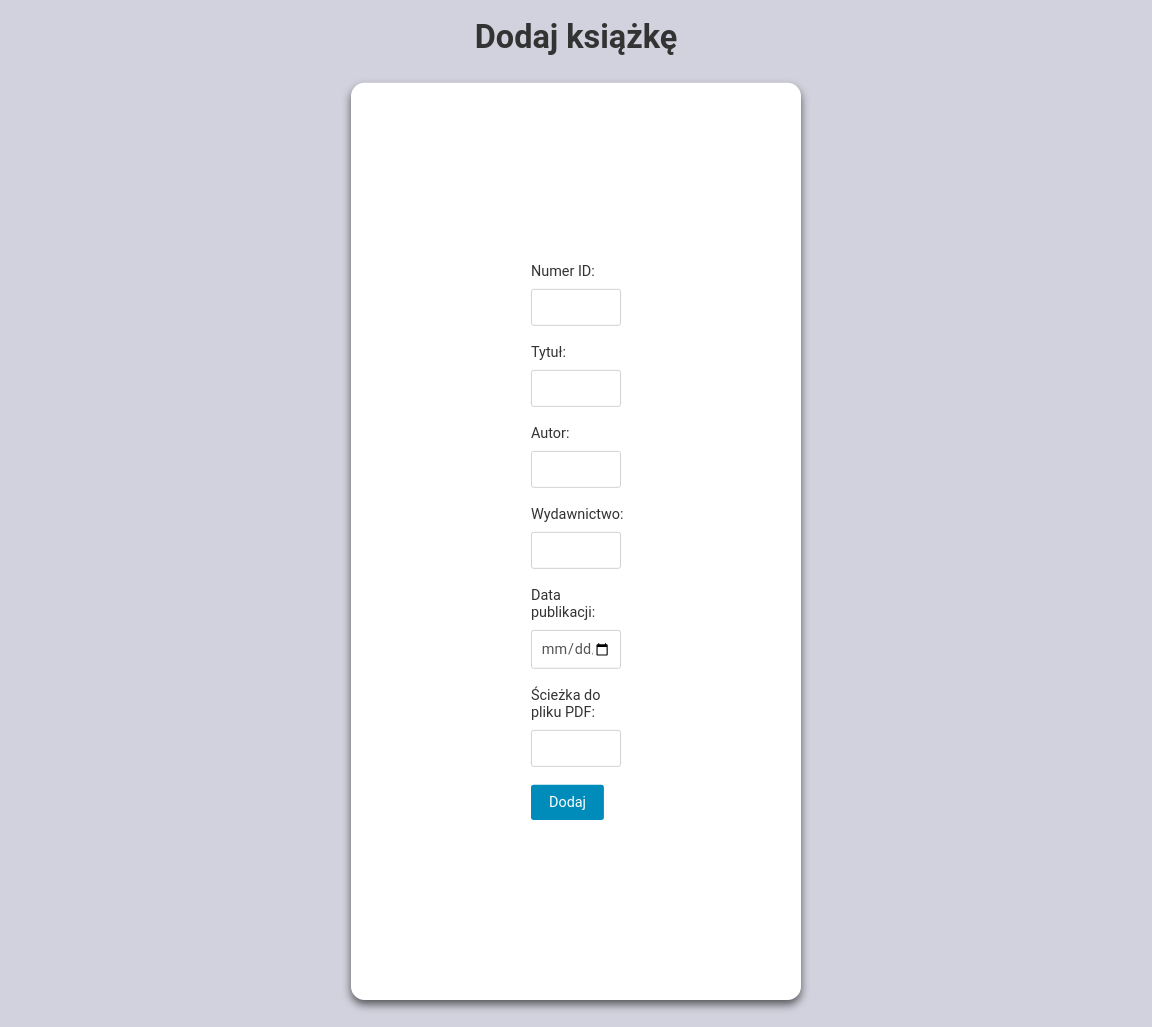
Repository: Dominik098/projekt
Page: http://localhost/biblioteka/Dodaj_ksiazke.jsp
An editor plug-in stored every save of this project. The page is shown before and after the next save, followed by the edit.
The browser window is 1280 px wide. The pictures show the whole page, at 90% of full size.
The page is served by Tomcat 9.

Above is the page before, as saved 2023-05-02 11:11:23.

After the next save:
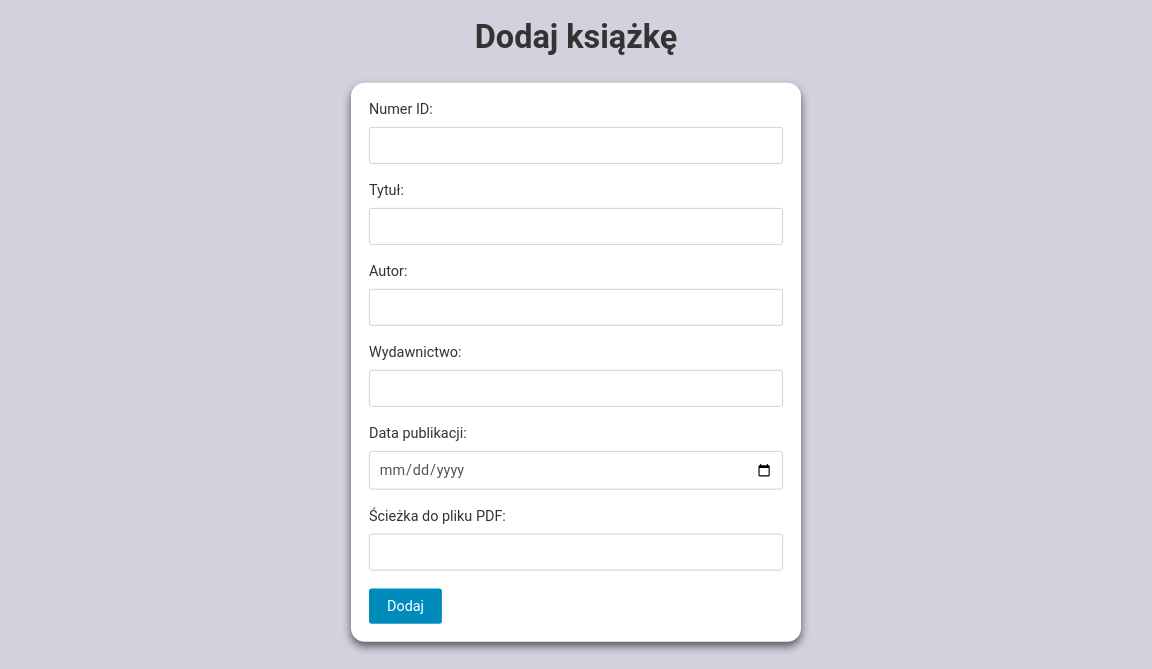
Saved 17 s later.
--- a/java projekt/biblioteka/src/main/webapp/Dodaj_ksiazke.jsp
+++ b/java projekt/biblioteka/src/main/webapp/Dodaj_ksiazke.jsp
@@ -31,7 +31,7 @@ form {
   max-width: 500px;
   margin: 30px auto;
   background-color: #fff;
-  padding: 200px;
+  padding: 20px;
   border-radius: 15px;
   box-shadow: 0 5px 10px rgba(0, 0, 0, 0.6);
 }
